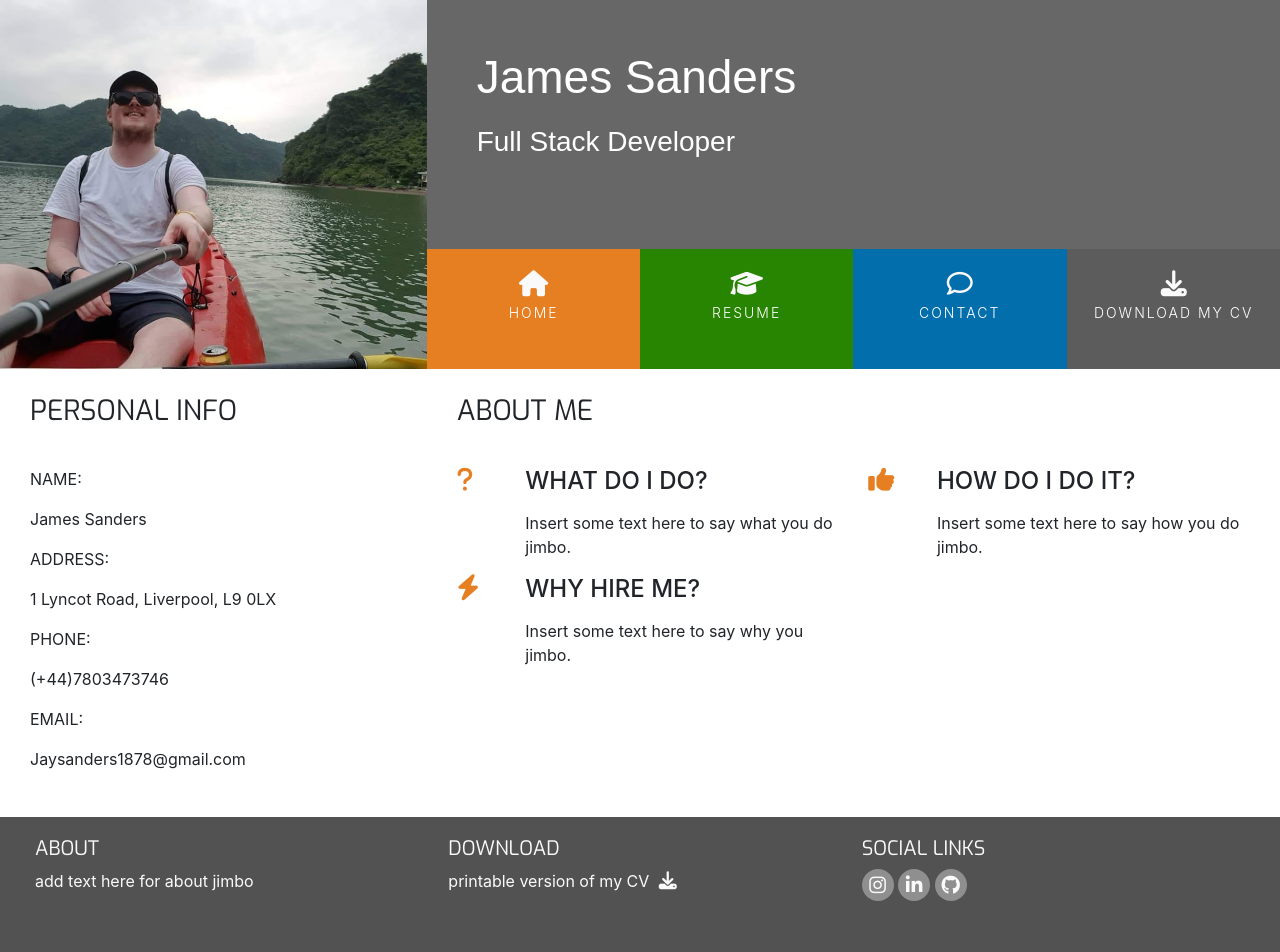
Repository: JaySanders95/my-online-resume
Page: index.html
An editor plug-in stored every save of this project. The page is shown before and after the next save, followed by the edit.
The browser window is 1280 px wide. The pictures show the whole page.
Some web fonts or font styles are not loaded; a fallback is used. Some web libraries are served in a nearby version.

Above is the page before, as saved 2023-04-19 21:16:19.

After the next save:
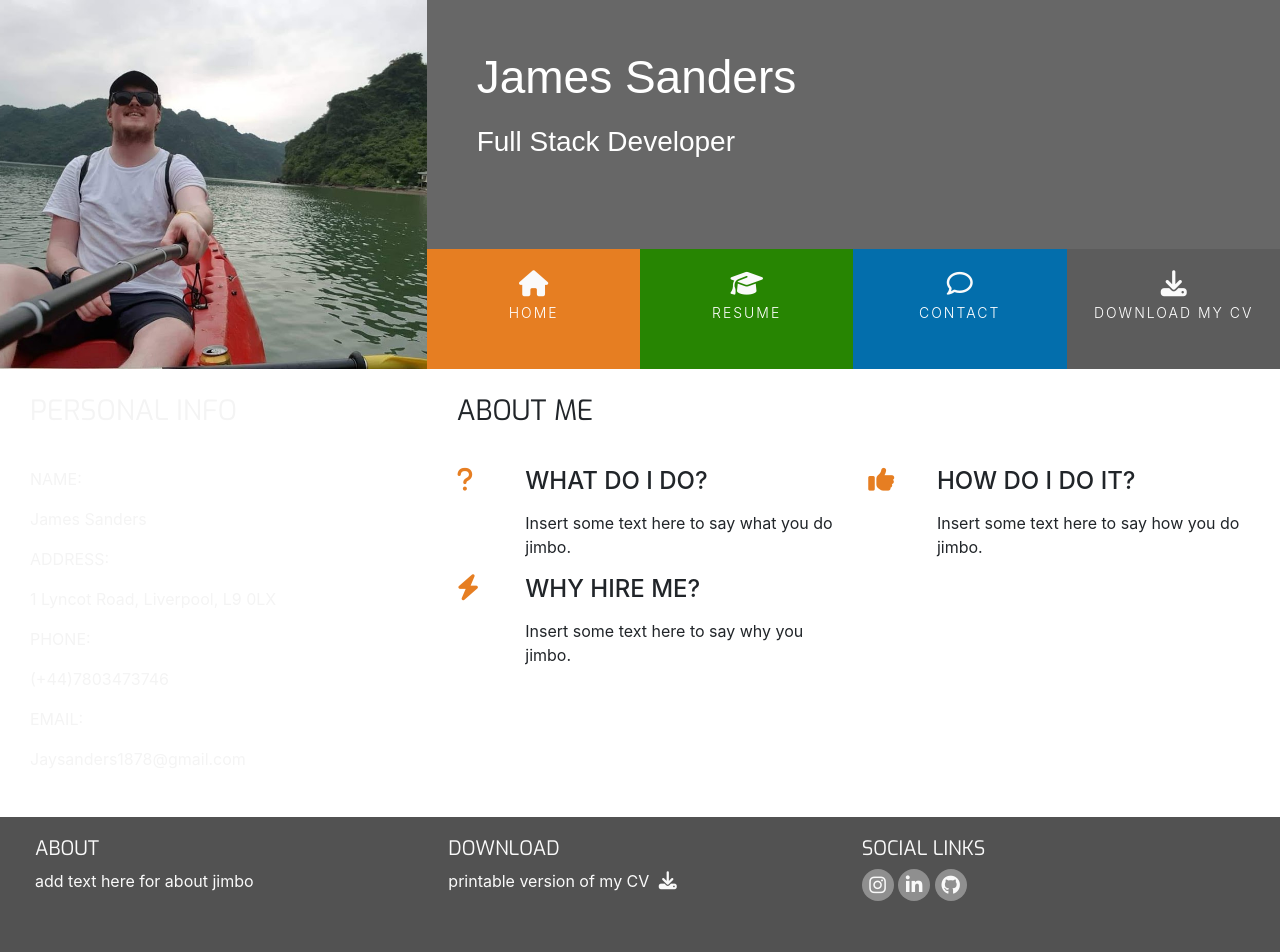
Saved 71 s later.
--- a/assets/css/style.css
+++ b/assets/css/style.css
@@ -9,7 +9,10 @@
 
 .bg-color-three-reasons {
     background-color: #fff;
-
+}
+
+.bg-color-personal-info {
+    color:#f4f4f4;
 }
 
 .ui-menu-color-home {
